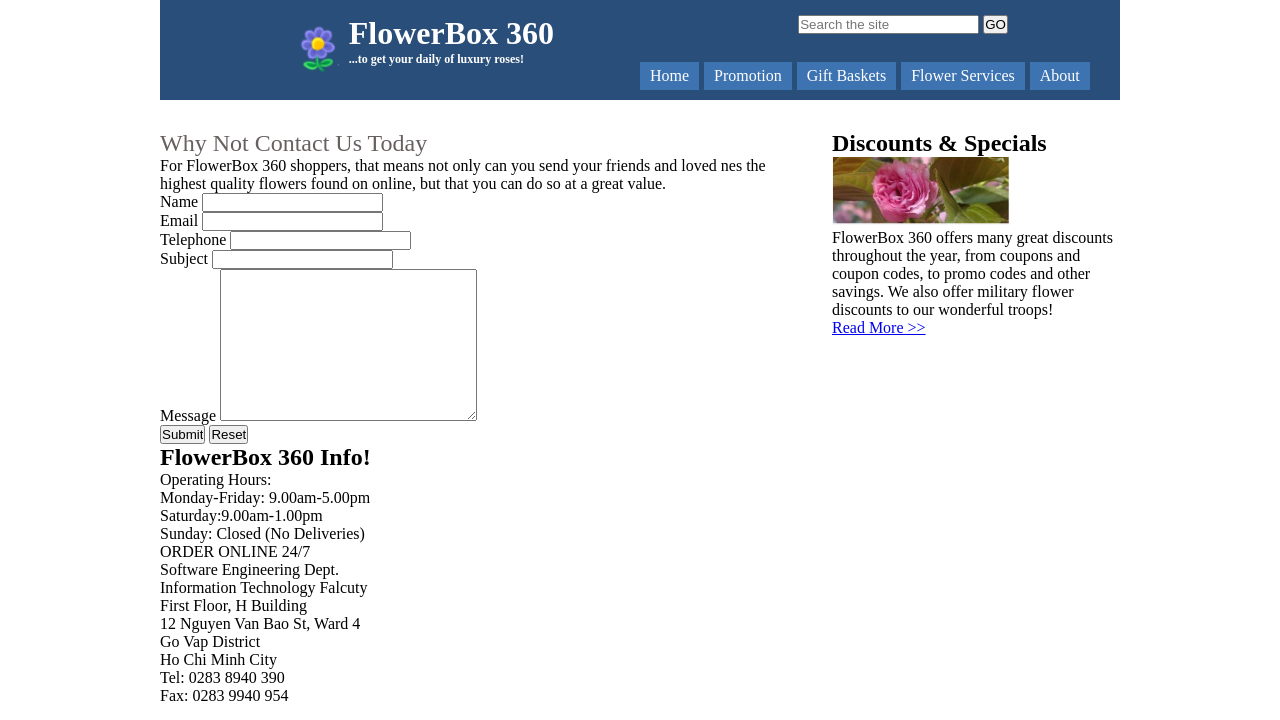
Repository: hoangnguyen1903/STT_21084321_NguyenHuyHoang_DHKHMT17B_Tuan4_DeThamKhao3
Page: html/demo.html
The author's editor kept a copy of each file at every save. The page is drawn from the files as they stood at one save, then again after the next save.
The browser window is 1280 px wide. The pictures show the whole page.

Above is the page before, as saved 2023-03-09 14:48:03.

### html/demo.html
<!DOCTYPE html>
<html lang="en">
  <head>
    <meta charset="UTF-8" />
    <meta http-equiv="X-UA-Compatible" content="IE=edge" />
    <meta name="viewport" content="width=device-width, initial-scale=1.0" />
    <title>Demo 3</title>
    <style>
      * {
        padding: 0;
        box-sizing: border-box;
        margin: 0 auto;
      }

      .wrapper {
        width: 960px;
        height: 100%;
      }

      .header {
        width: 960px;
        height: 100px;
        background-color: #294e79;
        color: #fff;
        display: flex;
        position: relative;
      }

      .header > .header__left {
        display: flex;
        padding: 15px 20px;
      }

      .header > .header__left > img {
        padding-right: 10px;
      }

      .header > .header__left > div > h2 {
        font-size: 12px;
      }

      .header > .header__right {
        padding-top: 15px;
      }

      .header > .header__bottom {
        position: absolute;
        bottom: 10px;
        left: 50%;
        display: flex;
      }

      .header > .header__bottom > li {
        list-style: none;
        margin-right: 5px;
        background-color: #3d73b1;
        padding: 5px 10px;
      }

      .header > .header__bottom > li:hover {
        background-color: #fff;
      }

      .header > .header__bottom > li:hover > a {
        color: #000;
      }

      .header > .header__bottom > li > a {
        text-decoration: none;
        color: white;
      }

      .content {
        width: 960px;
        display: flex;
        margin-top: 30px;
      }

      .content > .content__left {
        width: calc(70% - 30px);
        margin-right: 30px;
      }

      .content > .content__left > .content__left-top {
        color: #685f5f;
        font-weight: 500;
      }

      .content > .content__right {
        width: 30%;
      }
    </style>
  </head>
  <body>
    <div class="wrapper">
      <div class="header">
        <div class="header__left">
          <img src="../img/AnhLogo.PNG" alt="Logo" class="logo" />
          <div>
            <h1>FlowerBox 360</h1>
            <h2>...to get your daily of luxury roses!</h2>
          </div>
        </div>
        <ul class="header__bottom">
          <li><a href="#">Home</a></li>
          <li><a href="#">Promotion</a></li>
          <li><a href="#">Gift Baskets</a></li>
          <li><a href="#">Flower Services</a></li>
          <li><a href="#">About</a></li>
        </ul>
        <div class="header__right">
          <input
            type="text"
            name="txt"
            id="txt"
            placeholder="Search the site"
          />
          <input type="button" value="GO" />
        </div>
      </div>
      <div class="content">
        <div class="content__left">
          <h2 class="content__left-top">Why Not Contact Us Today</h2>
          <div class="content__left-bottom">
            <div class="content__left-form">
              <p>
                For FlowerBox 360 shoppers, that means not only can you send
                your friends and loved nes the highest quality flowers found on
                online, but that you can do so at a great value.
              </p>
              <form action="">
                <div>
                  <label for="name">Name</label>
                  <input type="text" name="name" id="name" />
                </div>
                <div>
                  <label for="email">Email</label>
                  <input type="email" name="email" id="email" />
                </div>
                <div>
                  <label for="telephone">Telephone</label>
                  <input type="number" name="telephone" id="telephone" />
                </div>
                <div>
                  <label for="subject">Subject</label>
                  <input type="text" name="subject" id="subject" />
                </div>
                <div>
                  <label for="message">Message</label>
                  <textarea
                    name="message"
                    id="message"
                    cols="30"
                    rows="10"
                  ></textarea>
                </div>
                <div>
                  <input type="submit" value="Submit" />
                  <input type="reset" value="Reset" />
                </div>
              </form>
            </div>
            <div class="content__left-info">
              <h2 class="content__left-heading">FlowerBox 360 Info!</h2>
              <div>
                <p>Operating Hours:</p>
                <p>Monday-Friday: 9.00am-5.00pm</p>
                <p>Saturday:9.00am-1.00pm</p>
                <p>Sunday: Closed (No Deliveries)</p>
                <p>ORDER ONLINE 24/7</p>
              </div>
              <div>
                <p>Software Engineering Dept.</p>
                <p>Information Technology Falcuty</p>
                <p>First Floor, H Building</p>
              </div>
              <div>
                <p>12 Nguyen Van Bao St, Ward 4</p>
                <p>Go Vap District</p>
                <p>Ho Chi Minh City</p>
                <p>Tel: 0283 8940 390</p>
                <p>Fax: 0283 9940 954</p>
              </div>
            </div>
          </div>
        </div>
        <div class="content__right">
          <h2 class="content__right-top">Discounts & Specials</h2>
          <div class="content__right-bottom">
            <img src="../img/flower.PNG" alt="Flower" />
            <p>
              FlowerBox 360 offers many great discounts throughout the year,
              from coupons and coupon codes, to promo codes and other savings.
              We also offer military flower discounts to our wonderful troops!
            </p>
            <a href="#">Read More >></a>
          </div>
        </div>
      </div>
      <div class="footer"></div>
    </div>
  </body>
</html>

After the next save:
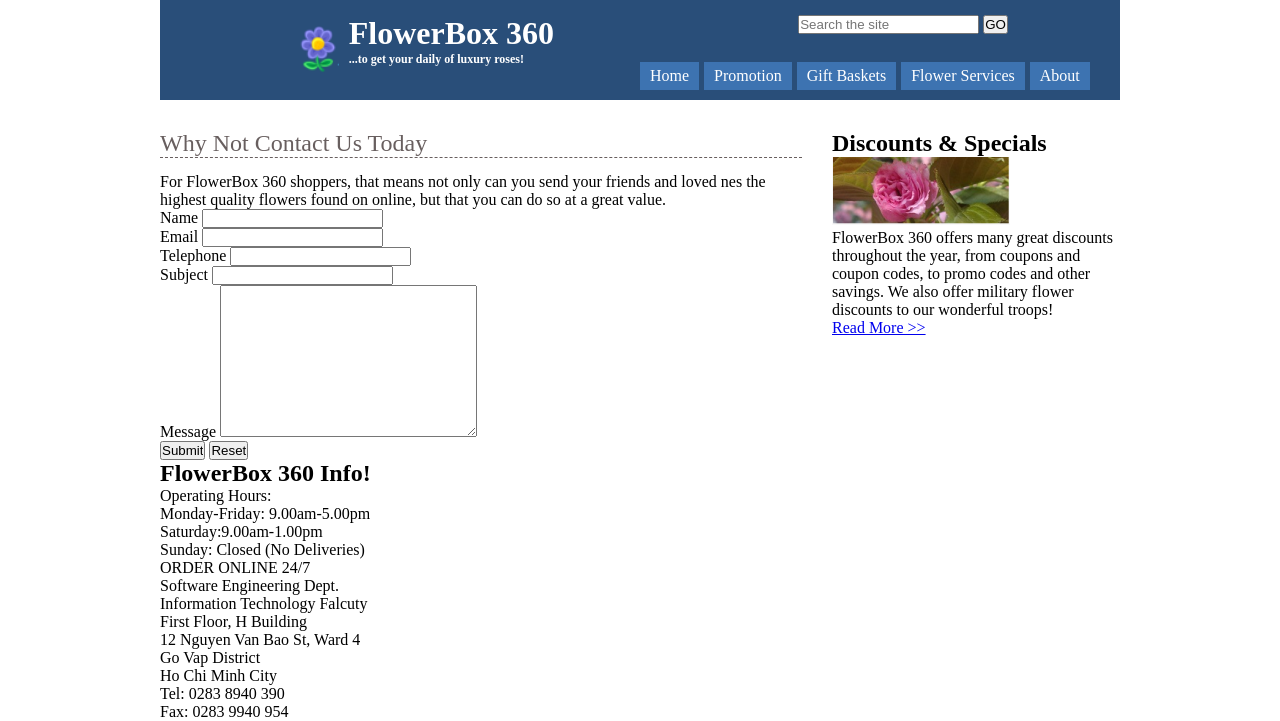
Saved 49 s later.
--- a/html/demo.html
+++ b/html/demo.html
@@ -84,6 +84,8 @@
       .content > .content__left > .content__left-top {
         color: #685f5f;
         font-weight: 500;
+        margin-bottom: 15px;
+        border-bottom: 1px dashed #685f5f;
       }
 
       .content > .content__right {
